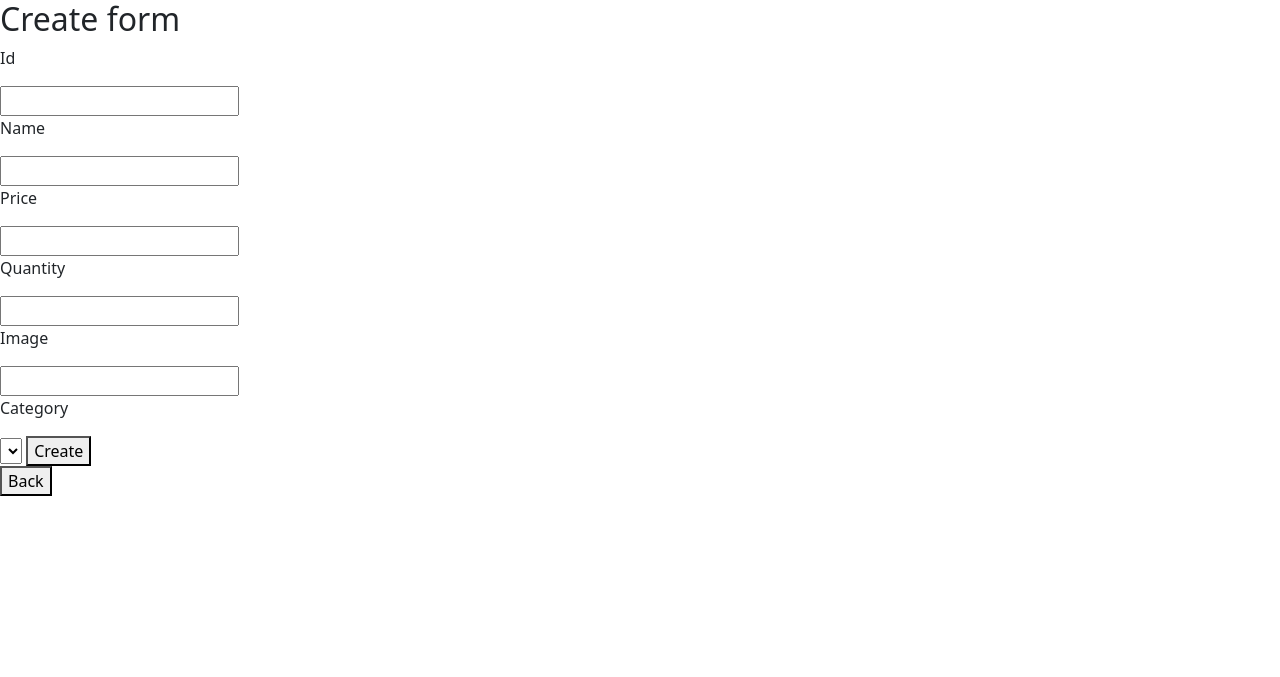
Repository: hongquan16101995/servlet-jw0124
Page: http://localhost/demo/products?action=createGet
The author's editor kept a copy of each file at every save. The page is drawn from the files as they stood at one save, then again after the next save.
The browser window is 1280 px wide. The pictures show the whole page.
The page is served by Tomcat 9. Other server files are loaded and not shown.

Above is the page before, as saved 2024-05-14 12:12:07.

### demo/src/main/webapp/product/create.jsp
<%@ page language="java" contentType="text/html; charset=ISO-8859-1"
    pageEncoding="ISO-8859-1"%>
<%@ taglib prefix = "c" uri = "http://java.sun.com/jsp/jstl/core" %>
<!DOCTYPE html>
<html>
<head>
<meta charset="ISO-8859-1">
<title>Insert title here</title>
<link href="https://cdn.jsdelivr.net/npm/bootstrap@5.0.2/dist/css/bootstrap.min.css" rel="stylesheet" integrity="sha384-EVSTQN3/azprG1Anm3QDgpJLIm9Nao0Yz1ztcQTwFspd3yD65VohhpuuCOmLASjC" crossorigin="anonymous">
<script src="https://cdn.jsdelivr.net/npm/bootstrap@5.0.2/dist/js/bootstrap.bundle.min.js" integrity="sha384-MrcW6ZMFYlzcLA8Nl+NtUVF0sA7MsXsP1UyJoMp4YLEuNSfAP+JcXn/tWtIaxVXM" crossorigin="anonymous"></script>
</head>
<body>
<h2>Create form</h2>
<form action="/demo/products?action=createPost" method="post">
	<p>Id</p>
	<input name="id">
	<p>Name</p>
	<input name="name">
	<p>Price</p>
	<input name="price">
	<p>Quantity</p>
	<input name="quantity">
	<p>Image</p>
	<input name="image">
	<p>Category</p>
	<select name="cId">
		<c:forEach items="${categories }" var="c">
			<option value = "${c.id }">${c.name }</option>
		</c:forEach>
	</select>
	<button type="submit">Create</button>

</form><a href="/demo/products"><button>Back</button></a>
</body>
</html>

### demo/src/main/java/controller/ProductServlet.java
package controller;

import java.io.IOException;
import java.util.List;

import javax.servlet.ServletException;
import javax.servlet.annotation.WebServlet;
import javax.servlet.http.HttpServlet;
import javax.servlet.http.HttpServletRequest;
import javax.servlet.http.HttpServletResponse;

import model.Category;
import model.Product;
import service.CategoryService;
import service.ProductService;

/**
 * Servlet implementation class ProductServlet
 */
@WebServlet("/products")
public class ProductServlet extends HttpServlet {
	private static final long serialVersionUID = 1L;
	private ProductService productService = new ProductService();
	private CategoryService categoryService = CategoryService.getInstance();

	/**
	 * @see HttpServlet#doGet(HttpServletRequest request, HttpServletResponse response)
	 */
	protected void doGet(HttpServletRequest request, HttpServletResponse response) throws ServletException, IOException {
		// TODO Auto-generated method stub
		String action = request.getParameter("action");
		if (action == null) {
			action = "";
		}
		switch(action) {
			case "createGet":
				createGet(request, response);
				break;
			case "updateGet":
				updateGet(request, response);
				break;
			case "deleteProduct":
				deleteProduct(request, response);
				break;
			case "findByCategory":
				findByCategory(request, response);
				break;
			default:
				displayAllProduct(request, response);
				break;
		}
	}

	/**
	 * @see HttpServlet#doPost(HttpServletRequest request, HttpServletResponse response)
	 */
	protected void doPost(HttpServletRequest request, HttpServletResponse response) throws ServletException, IOException {
		// TODO Auto-generated method stub
		String action = request.getParameter("action");
		if (action == null) {
			action = "";
		}
		switch(action) {
			case "createPost":
				createPost(request, response);
				break;
			case "updatePost":
				updatePost(request, response);
				break;
		}
	}

	private void displayAllProduct(HttpServletRequest request, HttpServletResponse response) throws ServletException, IOException {
		List<Product> products = productService.getProducts();
		request.setAttribute("products", products);
		request.getRequestDispatcher("product/list.jsp").forward(request, response);
	}

	private void findByCategory(HttpServletRequest request, HttpServletResponse response) throws ServletException, IOException {
		int categoryId = Integer.parseInt(request.getParameter("cId"));
		List<Product> products = productService.findByCateogory(categoryId);
		request.setAttribute("products", products);
		request.getRequestDispatcher("product/list.jsp").forward(request, response);
	}

	private void createGet(HttpServletRequest request, HttpServletResponse response) throws ServletException, IOException {
		Product product = new Product();
		List<Category> categories = categoryService.getCategories();
		request.setAttribute("product", product);
		request.setAttribute("categories", categories);
		request.getRequestDispatcher("product/create.jsp").forward(request, response);
	}

	private void createPost(HttpServletRequest request, HttpServletResponse response) throws ServletException, IOException {
		int id = Integer.parseInt(request.getParameter("id"));
		String name = request.getParameter("name");
		double price = Double.parseDouble(request.getParameter("price"));
		int quantity = Integer.parseInt(request.getParameter("quantity"));
		String image = request.getParameter("image");
		int categoryId = Integer.parseInt(request.getParameter("cId"));
		Category category = categoryService.getById(categoryId);
		productService.createProduct(new Product(id, name, price, quantity, image, category));
		response.sendRedirect("/demo/products");
	}

	private void updateGet(HttpServletRequest request, HttpServletResponse response) throws ServletException, IOException {
		int id = Integer.parseInt(request.getParameter("id"));
		Product product = productService.getById(id);
		List<Category> categories = categoryService.getCategories();
		request.setAttribute("product", product);
		request.setAttribute("categories", categories);
		request.getRequestDispatcher("product/update.jsp").forward(request, response);
	}

	private void updatePost(HttpServletRequest request, HttpServletResponse response) throws ServletException, IOException {
		int id = Integer.parseInt(request.getParameter("id"));
		String name = request.getParameter("name");
		double price = Double.parseDouble(request.getParameter("price"));
		int quantity = Integer.parseInt(request.getParameter("quantity"));
		String image = request.getParameter("image");
		int categoryId = Integer.parseInt(request.getParameter("cId"));
		Category category = categoryService.getById(categoryId);
		productService.updateProduct(id, new Product(id, name, price, quantity, image, category));
		response.sendRedirect("/demo/products");
	}

	private void deleteProduct(HttpServletRequest request, HttpServletResponse response) throws ServletException, IOException {
		int id = Integer.parseInt(request.getParameter("id"));
		productService.deleteProduct(id);
		response.sendRedirect("/demo/products");
	}

}

### demo/src/main/java/model/Product.java
package model;

public class Product {
	private int id;
	private String name;
	private double price;
	private int quantity;
	private String image;
	private Category category;

	public Product() {}

	public Product(int id, String name, double price, int quantity, String image) {
		super();
		this.id = id;
		this.name = name;
		this.price = price;
		this.quantity = quantity;
		this.image = image;
	}

	public Product(int id, String name, double price, int quantity, String image, Category category) {
		super();
		this.id = id;
		this.name = name;
		this.price = price;
		this.quantity = quantity;
		this.image = image;
		this.category = category;
	}

	public int getId() {
		return id;
	}

	public void setId(int id) {
		this.id = id;
	}

	public String getName() {
		return name;
	}

	public void setName(String name) {
		this.name = name;
	}

	public double getPrice() {
		return price;
	}

	public void setPrice(double price) {
		this.price = price;
	}

	public int getQuantity() {
		return quantity;
	}

	public void setQuantity(int quantity) {
		this.quantity = quantity;
	}

	public String getImage() {
		return image;
	}

	public void setImage(String image) {
		this.image = image;
	}

	public Category getCategory() {
		return category;
	}

	public void setCategory(Category category) {
		this.category = category;
	}
}

After the next save:
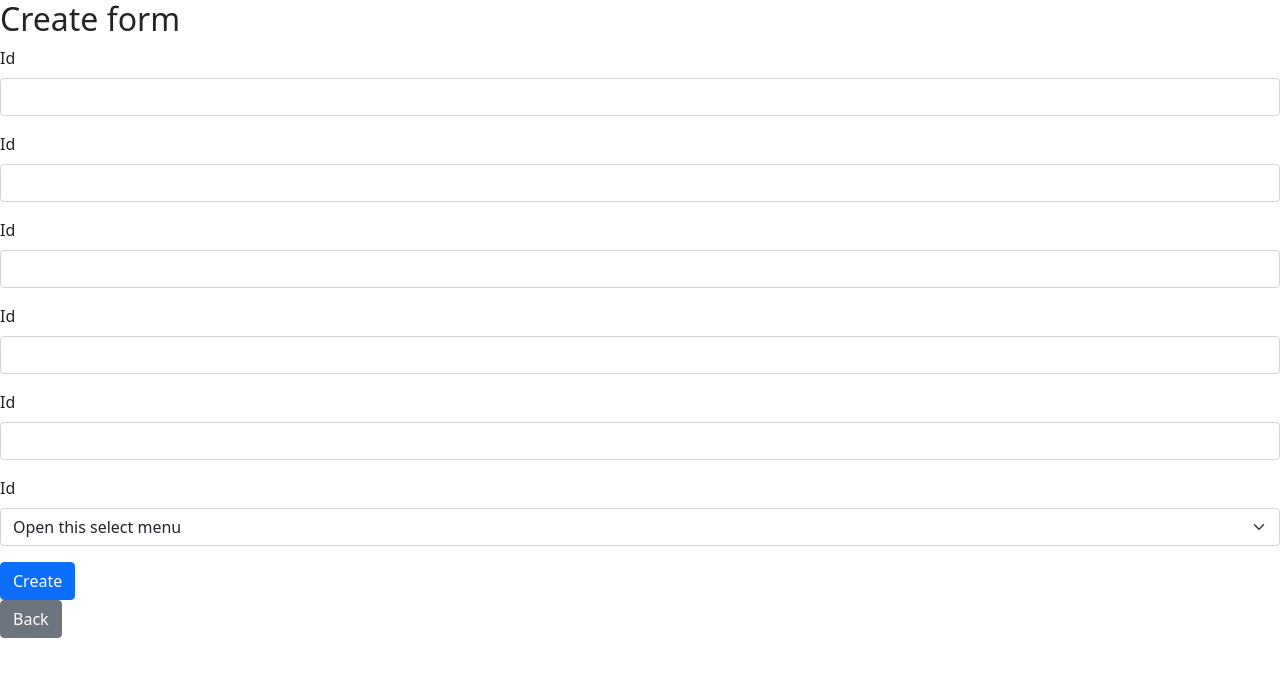
Saved 5 min 33 s later.
--- a/demo/src/main/webapp/product/create.jsp
+++ b/demo/src/main/webapp/product/create.jsp
@@ -12,24 +12,37 @@
 <body>
 <h2>Create form</h2>
 <form action="/demo/products?action=createPost" method="post">
-	<p>Id</p>
-	<input name="id">
-	<p>Name</p>
-	<input name="name">
-	<p>Price</p>
-	<input name="price">
-	<p>Quantity</p>
-	<input name="quantity">
-	<p>Image</p>
-	<input name="image">
-	<p>Category</p>
-	<select name="cId">
-		<c:forEach items="${categories }" var="c">
+<div class="mb-3">
+  <label for="id" class="form-label">Id</label>
+  <input type="text" class="form-control" id="id" name="id">
+</div>
+<div class="mb-3">
+  <label for="name" class="form-label">Id</label>
+  <input type="text" class="form-control" id="name" name="name">
+</div>
+<div class="mb-3">
+  <label for="price" class="form-label">Id</label>
+  <input type="text" class="form-control" id="price" name="price">
+</div>
+<div class="mb-3">
+  <label for="quantity" class="form-label">Id</label>
+  <input type="text" class="form-control" id="quantity" name="quantity">
+</div>
+<div class="mb-3">
+  <label for="image" class="form-label">Id</label>
+  <input type="text" class="form-control" id="image" name="image">
+</div>
+<div class="mb-3">
+  <label for="category" class="form-label">Id</label>
+<select class="form-select" aria-label="Default select example" id="category" name="cId">
+  <option selected>Open this select menu</option>
+  <c:forEach items="${categories }" var="c">
 			<option value = "${c.id }">${c.name }</option>
 		</c:forEach>
-	</select>
-	<button type="submit">Create</button>
-
-</form><a href="/demo/products"><button>Back</button></a>
+</select>
+</div>
+<button class="btn btn-primary" type="submit">Create</button>
+</form>
+<a href="/demo/products" class="btn btn-secondary" >Back</a>
 </body>
 </html>
